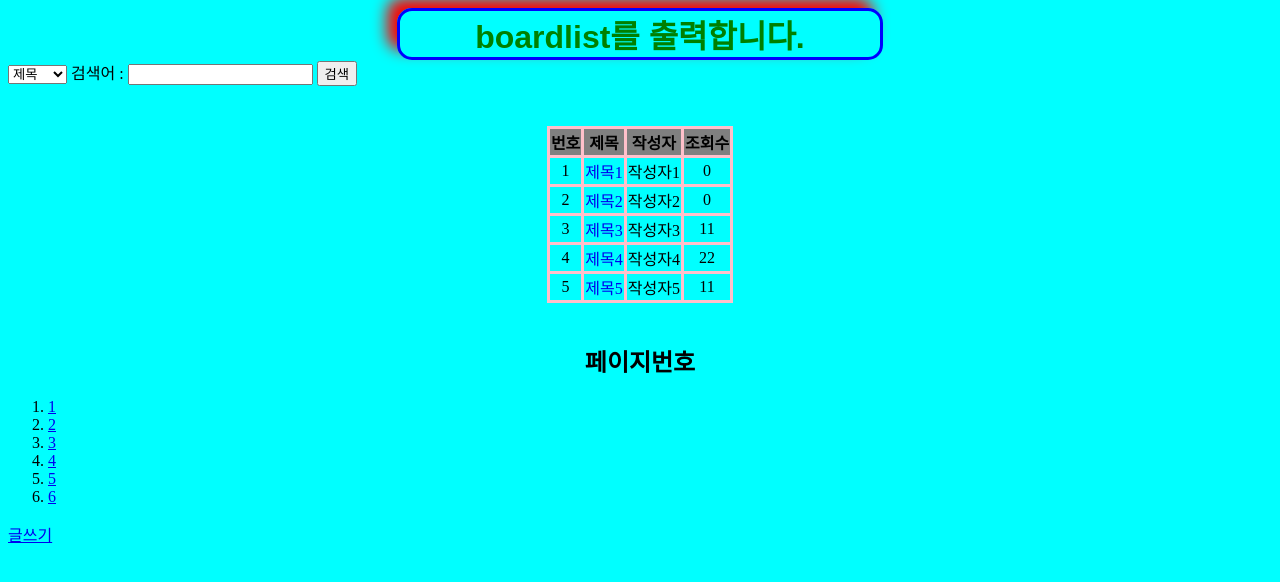
Repository: Kray273/JSLab
Page: css/src/main/webapp/Day97/boardlist.html
These files come from the project's save history. The page is drawn as it stood at one moment and after the next save; the edit follows.
The browser window is 1280 px wide. The pictures show the whole page.

Above is the page before, as saved 2022-11-25 09:03:41.

### css/src/main/webapp/Day97/boardlist.html
<!DOCTYPE html>
<html>
<head>
<meta charset="UTF-8">
<title>kray</title>
<style type="text/css">

	#title {
		border: 3px solid blue;
		width: 480px;
		color: green;
		text-align: center;
		box-shadow: -10px -10px 15px red;
		border-radius: 15px;
		margin: auto;
		font-family: sans-serif;
	}

	table,td,th{
		margin : 40px auto;
		border: 3px solid pink;
		text-align: center;
		border-collapse: collapse;
	}

	table th{
		background-color: gray;
	}

	table a{
		text-decoration: none;
	}

	#num {
		text-align: center;
	}

	#pagenum {
		display: inline;
	}

</style>

</head>
<body style="background-color: aqua;">

<h1 id="title">boardlist를 출력합니다.</h1>
<form action="">
	<select>
		<option>제목</option>
		<option>내용</option>
		<option>작성자</option>
	</select>

	<label for="search">검색어 :</label>
	<input type="text" name="search">
	<input type="button" value="검색" id="search">

	<div>
		<table>
			<tr>
				<th>번호</th>
				<th>제목</th>
				<th>작성자</th>
				<th>조회수</th>
			</tr>
			<tr>
				<td>1</td>
				<td><a href="boardcontents.html">제목1</a></td>
				<td>작성자1</td>
				<td>0</td>
			</tr>
			<tr>
				<td>2</td>
				<td><a href="boardcontents.html">제목2</a></td>
				<td>작성자2</td>
				<td>0</td>
			</tr>
			<tr>
				<td>3</td>
				<td><a href="boardcontents.html">제목3</a></td>
				<td>작성자3</td>
				<td>11</td>
			</tr>
			<tr>
				<td>4</td>
				<td><a href="boardcontents.html">제목4</a></td>
				<td>작성자4</td>
				<td>22</td>
			</tr>
			<tr>
				<td>5</td>
				<td><a href="boardcontents.html">제목5</a></td>
				<td>작성자5</td>
				<td>11</td>
			</tr>
		</table>
	</div>

<h2 id="num">페이지번호</h2>
<div id="pagenum">
	<ol>
		<li><a href="boardlist.html">1 </a></li>
		<li><a href="boardlist.html">2 </a></li>
		<li><a href="boardlist.html">3 </a></li>
		<li><a href="boardlist.html">4 </a></li>
		<li><a href="boardlist.html">5 </a></li>
		<li><a href="boardlist.html">6 </a></li>
	</ol>
</div>

<p><a href="boardinsert.html">글쓰기</a></p>
</form>

</body>
</html>

After the next save:
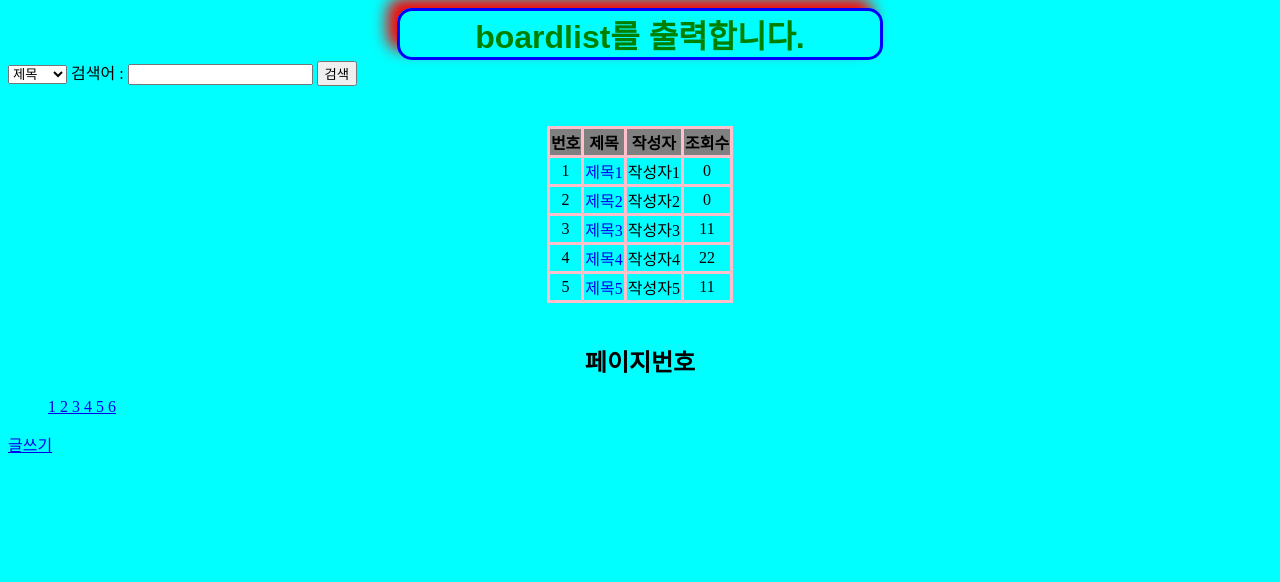
Saved 10 s later.
--- a/css/src/main/webapp/Day97/boardlist.html
+++ b/css/src/main/webapp/Day97/boardlist.html
@@ -35,7 +35,7 @@
 		text-align: center;
 	}
 
-	#pagenum {
+	#pagenum li{
 		display: inline;
 	}
 
